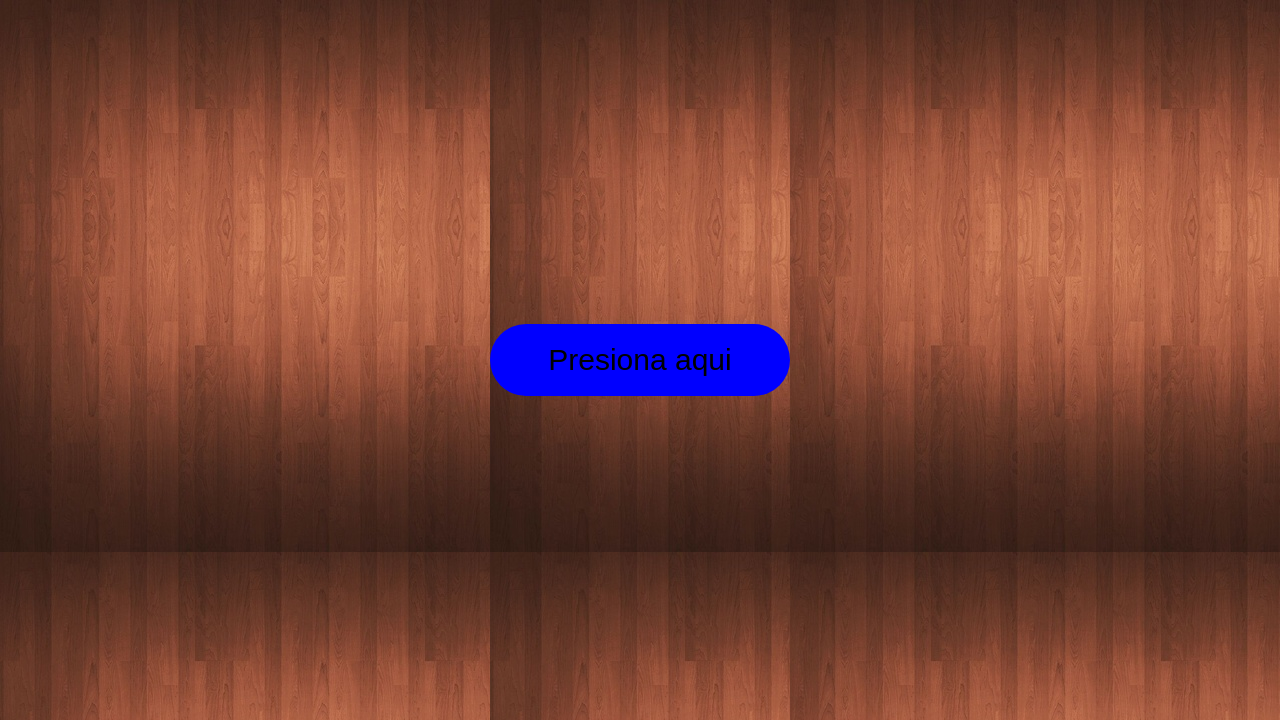
Repository: ye909/secreto
Page: inicio.html
An editor plug-in stored every save of this project. The page is shown before and after the next save, followed by the edit.
The browser window is 1280 px wide. The pictures show the whole page.

Above is the page before, as saved 2025-02-20 22:17:08.

### inicio.html
<!DOCTYPE html>
<html>
<head>
<title>Amigo Secreto 3D</title>
<link rel="stylesheet" href="inicio.css">
</head>
<body>

          <div class="container">
            <h1 id="message">¡Bienvenido al Juego del Amigo Secreto!</h1>
        </div>
    <button id="btn"><a href="">Presiona aqui</a></button>

  <script src="inicio.js"></script>
</body>
</html>

### inicio.css
body, html {
    height: 100%;
    margin: 0;
    display: flex;
    justify-content: center;
    align-items: center;
    background-image:url(./imagenes/fondocard.jpg);
    font-family: Arial, sans-serif;
}

.container {
    text-align: center;
}

#message {
    font-size: 2em;
    color: #333;
    opacity: 0;
    transform: translateY(-20px);
    animation: fadeIn 1s ease-out forwards;
}

@keyframes fadeIn {
    to {
        opacity: 1;
        transform: translateY(0);
    }
}
a{
    text-decoration: none;
    list-style: none;
    color:black;
}
#btn{
    display: none;
    width: 300px;
    height: 10vh;
    background: rgb(97, 97, 205);
    border-radius: 60px;
    font-size: 30px;
    border:none;
    background: blue;
}
#btn:hover{
    background: transparent;
    box-shadow: rgb(2, 2, 170) 4px 3px 4px 3px ,rgb(2, 2, 170) 4px 3px 4px 3px ,rgb(2, 2, 170) 4px 3px 4px 3px ;

}

### inicio.js
// script.js
document.addEventListener('DOMContentLoaded', function() {
    setTimeout(function() {
        document.getElementById('message').style.display = 'none';

    }, 3000);

    setTimeout(function() {
        document.getElementById('message').style.display = 'none';
        document.getElementById('btn').style.display = 'inline';
    }, 3400);
});

After the next save:
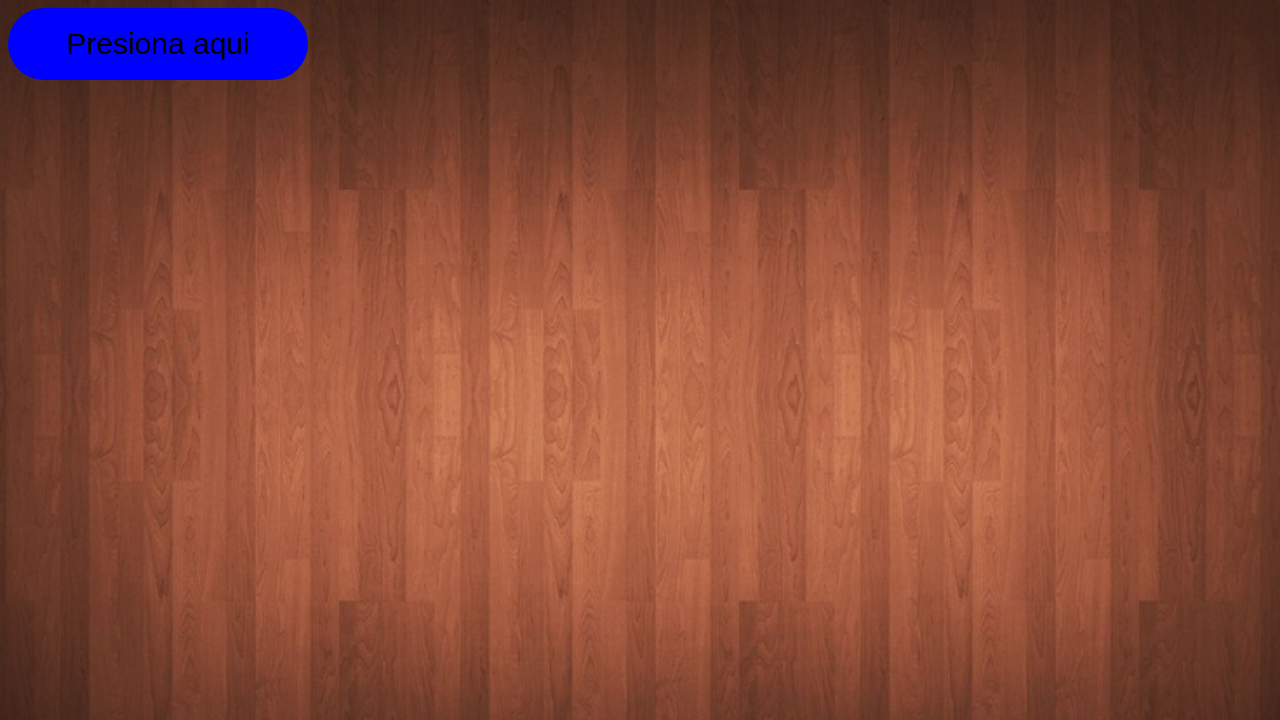
Saved 72 s later.
--- a/inicio.css
+++ b/inicio.css
@@ -1,11 +1,11 @@
-body, html {
-    height: 100%;
-    margin: 0;
-    display: flex;
+body {
+
     justify-content: center;
     align-items: center;
     background-image:url(./imagenes/fondocard.jpg);
-    font-family: Arial, sans-serif;
+    background-repeat: no-repeat;
+    background-attachment: fixed;
+    background-size: cover;
 }
 
 .container {
